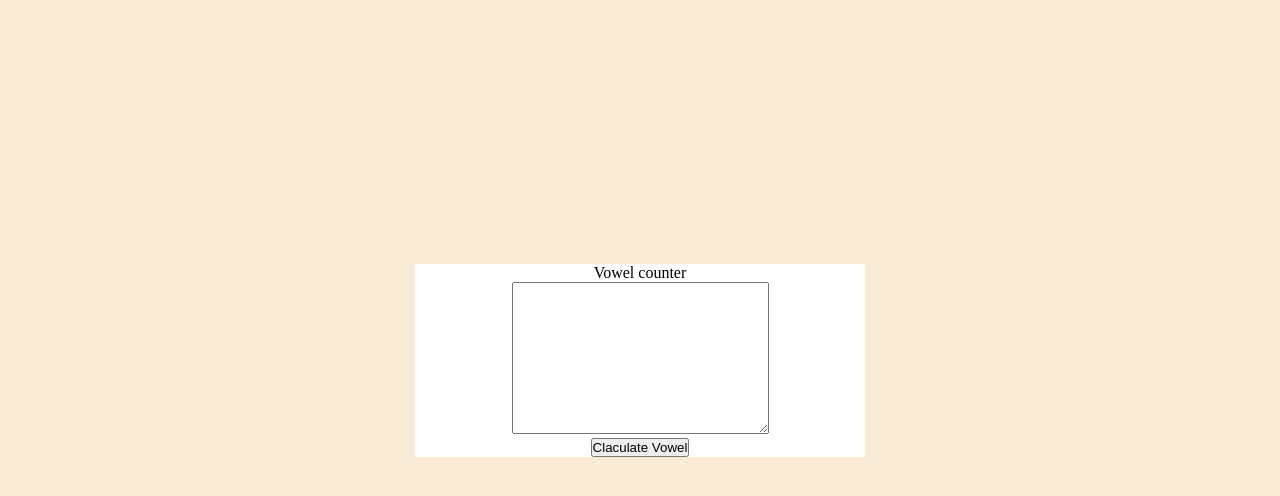
Repository: JunaidAnsari202/Vowel-counter
Page: index.html
These files come from the project's save history. The page is drawn as it stood at one moment and after a run of saves; the edit follows.
The browser window is 1280 px wide. The pictures show the whole page.

Above is the page before, as saved 2024-10-17 11:37:57.

### index.html
<!DOCTYPE html>
<html lang="en">
<head>
    <meta charset="UTF-8">
    <meta name="viewport" content="width=device-width, initial-scale=1.0">
    <title>Vowel counter</title>
    <link rel="stylesheet" href="style.css">
</head>
<body>
    <div class="container">
        <div class="header">Vowel counter</div>
        <div class="textarea">
            <textarea name="vowelinput" id="textarea" rows="10" cols="30"></textarea>
        </div>
        <div class="count">
            <button id="count">Claculate Vowel</button>
        </div>
        <div class="output"></div>
    </div>
    <script src="script.js"></script>
</body>
</html>

### style.css
*{
    margin: 0;
    padding: 0;
    box-sizing: border-box;
}

body{
    background-color: antiquewhite;
    display: flex;
    justify-content: center;
    align-items: center;
    height: 100vh;

}

.container{
    width: 450px;
    text-align: center;
    background-color: white;

}

Loaded but not shown: script.js (no copy from this time; the picture is the same without it)

After the next 2 saves:
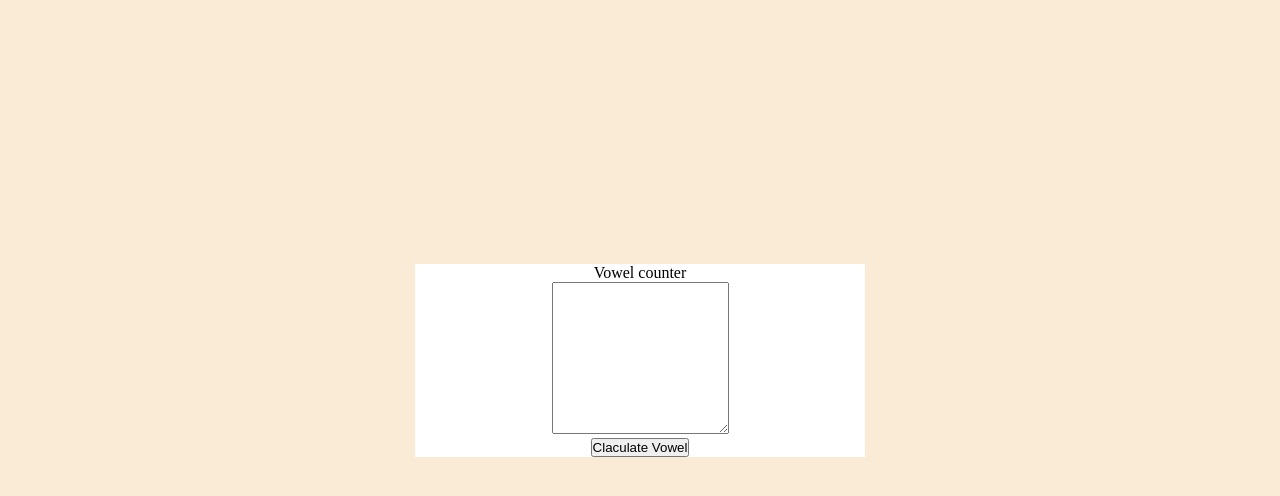
The 2 saves are shown as one change because they came seconds apart.
The last was saved 10 s later.
--- a/index.html
+++ b/index.html
@@ -10,7 +10,7 @@
     <div class="container">
         <div class="header">Vowel counter</div>
         <div class="textarea">
-            <textarea name="vowelinput" id="textarea" rows="10" cols="30"></textarea>
+            <textarea name="vowelinput" id="textarea" rows="10" cols="20"></textarea>
         </div>
         <div class="count">
             <button id="count">Claculate Vowel</button>

After the save that followed:
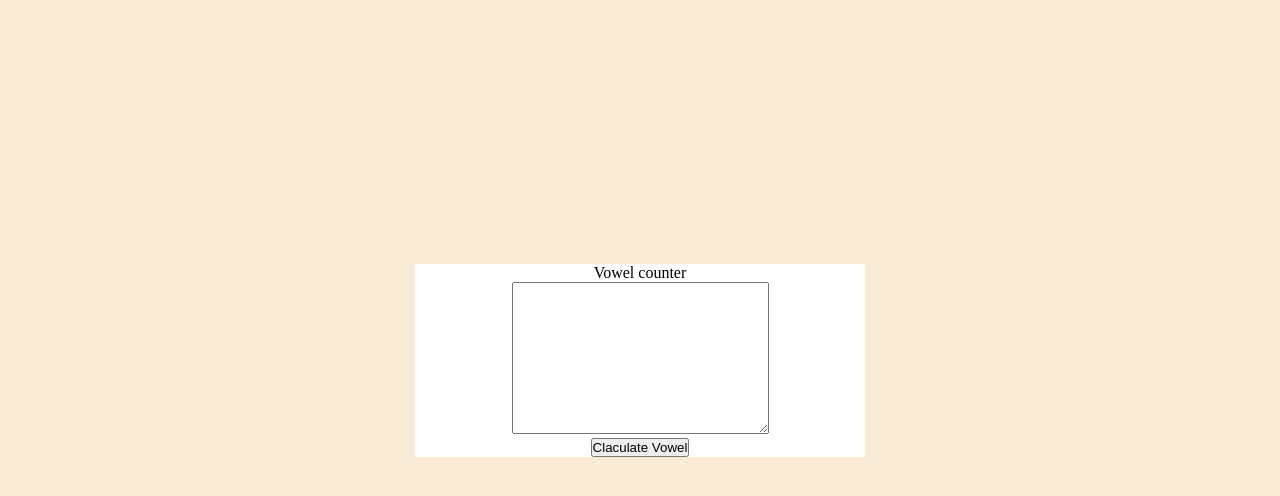
Saved 4 s later.
--- a/index.html
+++ b/index.html
@@ -10,7 +10,7 @@
     <div class="container">
         <div class="header">Vowel counter</div>
         <div class="textarea">
-            <textarea name="vowelinput" id="textarea" rows="10" cols="20"></textarea>
+            <textarea name="vowelinput" id="textarea" rows="10" cols="30"></textarea>
         </div>
         <div class="count">
             <button id="count">Claculate Vowel</button>
